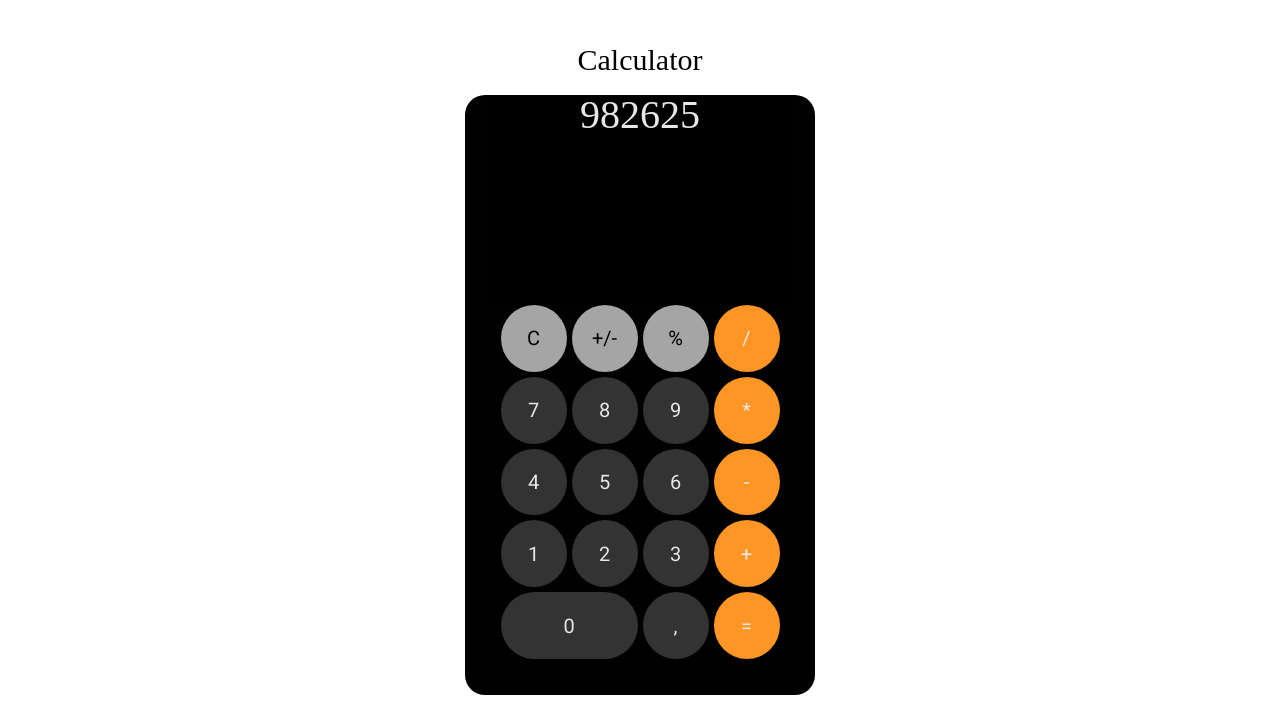
Repository: Gibon9/SimpleCalc
Page: index.html
These files come from the project's save history. The page is drawn as it stood at one moment and after the next save; the edit follows.
The browser window is 1280 px wide. The pictures show the whole page.
Some web fonts or font styles are not loaded; a fallback is used.

Above is the page before, as saved 2020-11-28 13:24:08.

After the next save:
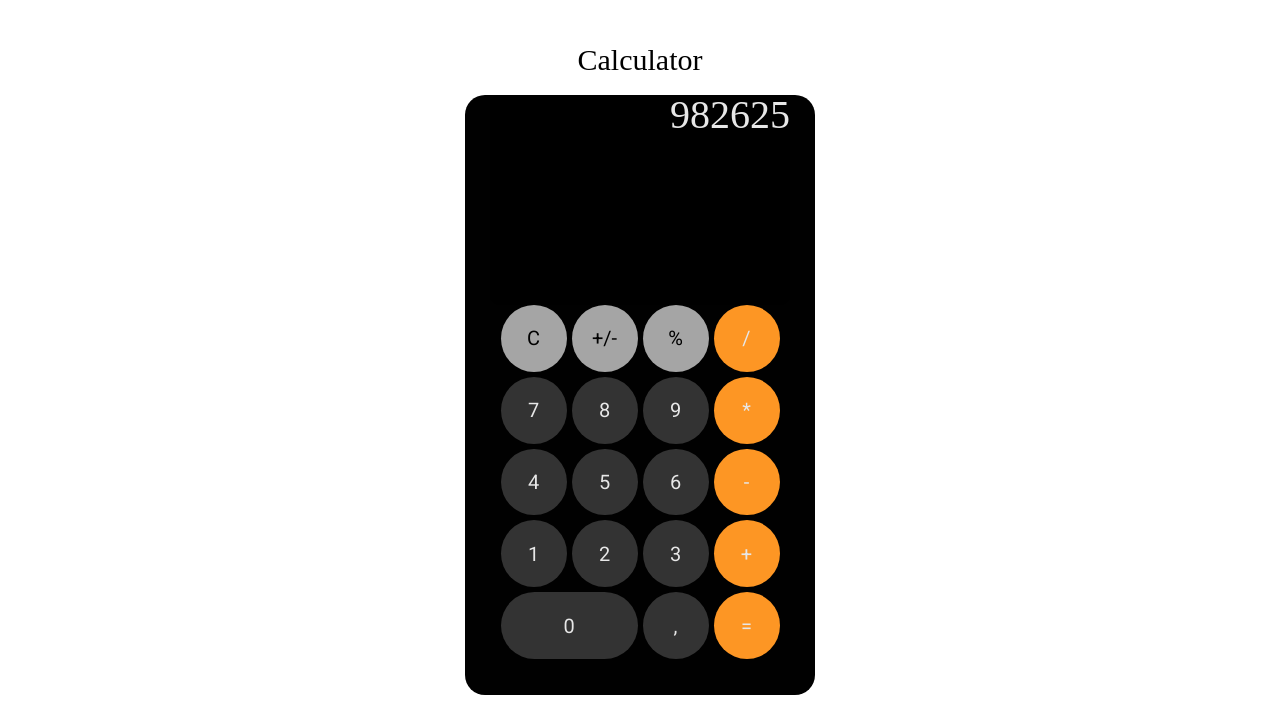
Saved 51 s later.
--- a/style/style.css
+++ b/style/style.css
@@ -45,7 +45,7 @@
 
 .calc-display {
   display: flex;
-  justify-content: center;
+  justify-content: flex-end;
   text-align: center;
   margin: 0 auto;
   width: 300px;
